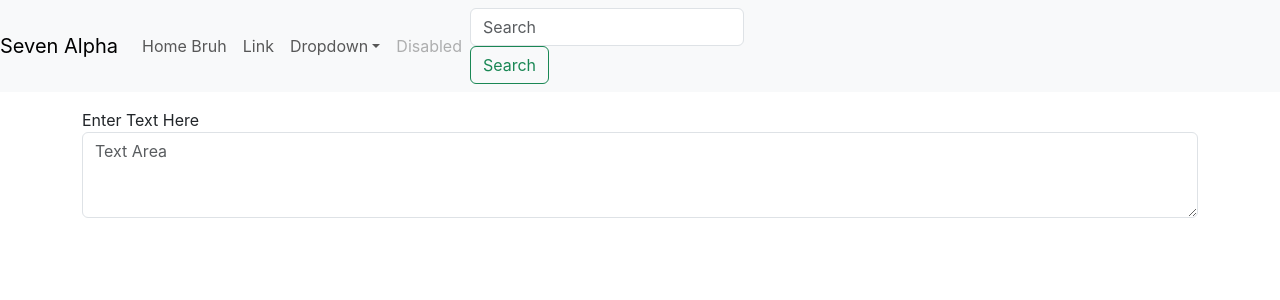
Repository: Shubham-tawar/Text-editor
Page: /
These files come from the project's save history. The page is drawn as it stood at one moment and after a run of saves; the edit follows.
The browser window is 1280 px wide. The pictures show the whole page.
The project was rebuilt for these pictures with package versions that can differ from the ones it lists, and the page was loaded fresh each time. Also part of the build but not shown: src/App.css.

Above is the page before, as saved 2025-07-05 16:55:12.

### public/index.html
<!DOCTYPE html>
<html lang="en">
  <head>
    <meta charset="utf-8" />
    <link rel="icon" href="%PUBLIC_URL%/favicon.ico" />
    <meta name="viewport" content="width=device-width, initial-scale=1" />
    <meta name="theme-color" content="#000000" />
    <meta
      name="description"
      content="Web site created using create-react-app"
    />
    <link rel="apple-touch-icon" href="%PUBLIC_URL%/logo192.png" />
    <!--
      manifest.json provides metadata used when your web app is installed on a
      user's mobile device or desktop. See https://developers.google.com/web/fundamentals/web-app-manifest/
    -->
    <link rel="manifest" href="%PUBLIC_URL%/manifest.json" />
    <!--
      Notice the use of %PUBLIC_URL% in the tags above.
      It will be replaced with the URL of the `public` folder during the build.
      Only files inside the `public` folder can be referenced from the HTML.

      Unlike "/favicon.ico" or "favicon.ico", "%PUBLIC_URL%/favicon.ico" will
      work correctly both with client-side routing and a non-root public URL.
      Learn how to configure a non-root public URL by running `npm run build`.
    -->
    <link href="https://cdn.jsdelivr.net/npm/bootstrap@5.3.7/dist/css/bootstrap.min.css" rel="stylesheet" integrity="sha384-LN+7fdVzj6u52u30Kp6M/trliBMCMKTyK833zpbD+pXdCLuTusPj697FH4R/5mcr" crossorigin="anonymous">
    <title>React App</title>
  </head>
  <body>
    <noscript>You need to enable JavaScript to run this app.</noscript>
    <div id="root"></div>
    <!--
      This HTML file is a template.
      If you open it directly in the browser, you will see an empty page.

      You can add webfonts, meta tags, or analytics to this file.
      The build step will place the bundled scripts into the <body> tag.

      To begin the development, run `npm start` or `yarn start`.
      To create a production bundle, use `npm run build` or `yarn build`.
    -->
      <script src="https://cdn.jsdelivr.net/npm/bootstrap@5.3.7/dist/js/bootstrap.bundle.min.js" integrity="sha384-ndDqU0Gzau9qJ1lfW4pNLlhNTkCfHzAVBReH9diLvGRem5+R9g2FzA8ZGN954O5Q" crossorigin="anonymous"></script>
  </body>
</html>

### src/App.js

import './App.css';
import Navbar from './components/Navbar';
import Textform from './components/Textform';

function App() {
  return (
    <>
    <Navbar title="Seven Alpha" aboutText="Bruh"/>
    <Textform heading = "Enter Text Here"/>
    </>
  );
}

export default App;

### src/components/Navbar.js
import React from 'react'
import PropTypes from 'prop-types'
export default function Navbar(props) {
  return (
    <nav className="navbar navbar-expand-lg navbar-light bg-light">
      <a className="navbar-brand" href="/">{props.title}</a>
      <button className="navbar-toggler" type="button" data-toggle="collapse" data-target="#navbarSupportedContent" aria-controls="navbarSupportedContent" aria-expanded="false" aria-label="Toggle navigation">
        <span className="navbar-toggler-icon"></span>
      </button>

      <div className="collapse navbar-collapse" id="navbarSupportedContent">
        <ul className="navbar-nav mr-auto">
          <li className="nav-item active">
            <a className="nav-link" href="/">Home <span className="sr-only">{props.aboutText}</span></a>
          </li>
          <li className="nav-item">
            <a className="nav-link" href="/">Link</a>
          </li>
          <li className="nav-item dropdown">
            <a className="nav-link dropdown-toggle" href="/" id="navbarDropdown" role="button" data-toggle="dropdown" aria-haspopup="true" aria-expanded="false">
              Dropdown
            </a>
            <div className="dropdown-menu" aria-labelledby="navbarDropdown">
              <a className="dropdown-item" href="/">Action</a>
              <a className="dropdown-item" href="/">Another action</a>
              <div className="dropdown-divider"></div>
              <a className="dropdown-item" href="/">Something else here</a>
            </div>
          </li>
          <li className="nav-item">
            <a className="nav-link disabled" href="/">Disabled</a>
          </li>
        </ul>
        <form className="form-inline my-2 my-lg-0">
          <input className="form-control mr-sm-2" type="search" placeholder="Search" aria-label="Search"/>
          <button className="btn btn-outline-success my-2 my-sm-0" type="submit">Search</button>
        </form>
      </div>
    </nav>
  )
}

Navbar.prototypes = {
    title: PropTypes.string,
    aboutText: PropTypes.string
}

### src/components/Textform.js
import React from 'react'
import PropTypes from 'prop-types'

export default function Textform(props) {
  return (
    <form className='container my-3'>

        <div class="form-group">
            <label for="exampleFormControlTextarea1">{props.heading}</label>
            <textarea class="form-control" id="exampleFormControlTextarea1" rows="3" placeholder='Text Area'></textarea>
        </div>
    </form>
  )
}

Textform.propTypesropTypes = {
    heading: PropTypes.string
}

Textform.defaultProps = {
    heading: "Enter Text Here"
}

Loaded but not shown: src/index.js (common file); src/index.css (common file); src/reportWebVitals.js (common file)

After the next 3 saves:
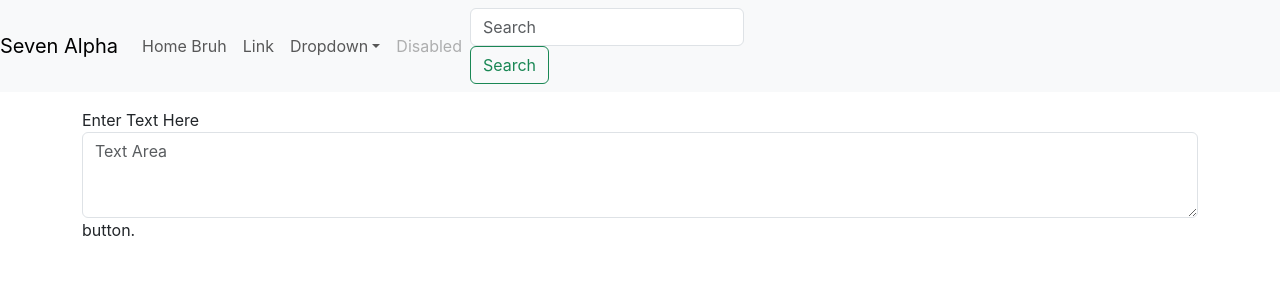
The 3 saves are shown as one change because they came seconds apart.
The last was saved 112 s later.
--- a/src/components/Textform.js
+++ b/src/components/Textform.js
@@ -8,6 +8,7 @@ export default function Textform(props) {
         <div class="form-group">
             <label for="exampleFormControlTextarea1">{props.heading}</label>
             <textarea class="form-control" id="exampleFormControlTextarea1" rows="3" placeholder='Text Area'></textarea>
+            button.
         </div>
     </form>
   )
